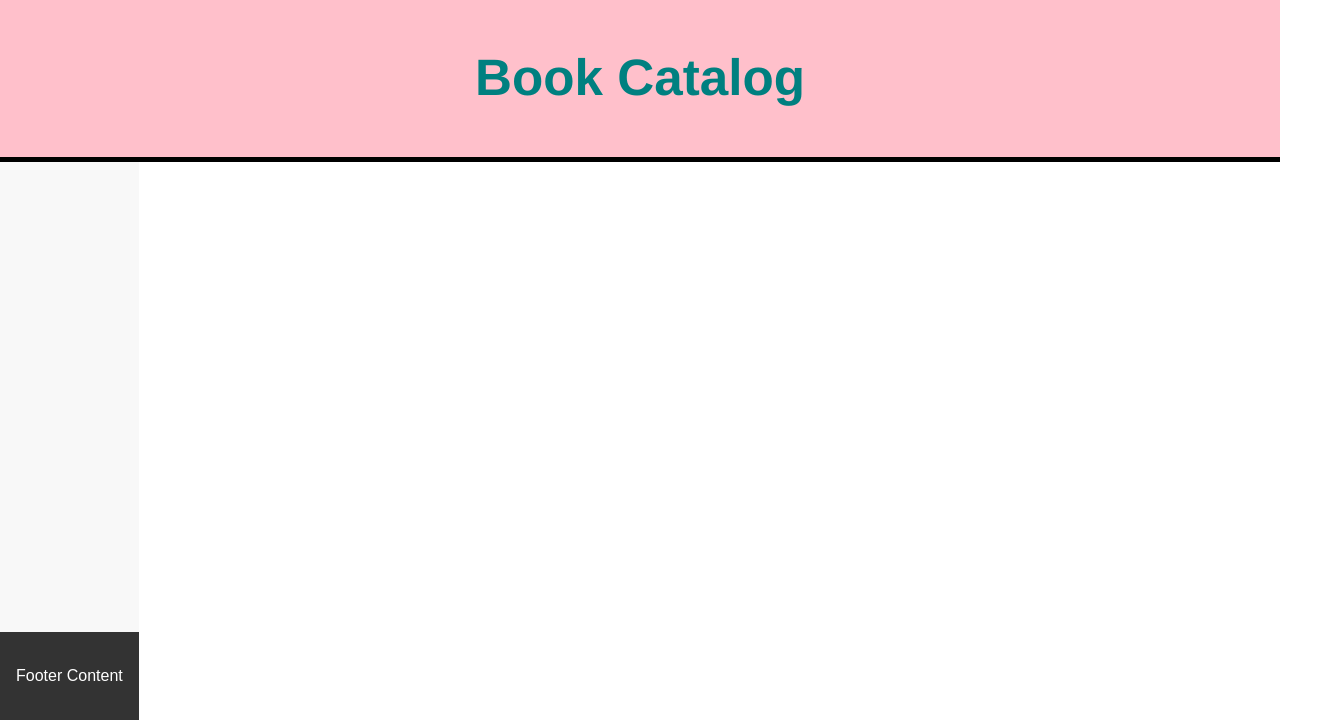
Repository: primcharlin/COMP3170_Lab_Assignment_Components
Page: /
These files come from the project's save history. The page is drawn as it stood at one moment and after the next save; the edit follows.
The browser window is 1280 px wide. The page is 1280 px wide, then 1344 px, so the pictures cover 1344 px, including what lies to the right of the window. The pictures show the whole page.
The page's requests for data from a server got no answer. The project was rebuilt for these pictures with package versions that can differ from the ones it lists, and the page was loaded fresh each time. No one was signed in, and anything a server would have sent is missing. Also part of the build but not shown: vite.config.js.

Above is the page before, as saved 2025-09-12 02:45:07.

### index.html
<!DOCTYPE html>
<html lang="en">
    <head>
        <meta charset="UTF-8" />
        <link
            rel="icon"
            type="image/svg+xml"
            href="/vite.svg" />
        <meta
            name="viewport"
            content="width=device-width, initial-scale=1.0" />
        <title>Book Catalog</title>
    </head>
    <body>
        <div id="root"></div>
        <script
            type="module"
            src="/src/main.jsx"></script>
    </body>
</html>

### src/App.jsx
// import { useState } from "react";
// import "./App.css";

// function App() {
//     const [count, setCount] = useState(0);
//     return (
//         <>
//             <div class='app-header'>
//                 <h1>Book Catalog</h1>
//             </div>

// <div class="content">
//       <div class="btn-plus">::after</div>
//       <div class="book">
//         <div class="image">
//           <img src="https://itbook.store/img/books/9781912047420.png" alt="Book Cover" />
//         </div>
//       </div>
// </div>

// <div class="footer">
//     <p>Footer Content</p>
// </div>

//         </>
//     );
// }

// export default App;

import { useEffect, useState } from "react";
import "./App.css";

export default function App() {
    const [books, setBooks] = useState([]);

    useEffect(() => {
        async function fetchBooks() {
            try {
                const res = await fetch(
                    "https://api.itbook.store/1.0/search/react"
                );
                const json = await res.json();
                setBooks(json.books.slice(0, 2)); // เอาแค่ 2 เล่ม
            } catch (e) {
                console.error(e);
            }
        }
        fetchBooks();
    }, []);

    return (
        <div className='app'>
            <header className='app-header'>
                <h1>Book Catalog</h1>
            </header>

            <div className='content'>
                {books.length === 0 ? (
                    <p>Loading…</p>
                ) : (
                    <div className='grid'>
                        {books.map((b, index) => (
                            <div
                                key={b.isbn13}
                                className={`book ${
                                    index === 0 ? "featured" : "normal"
                                }`}>
                                <div className='image'>
                                    <img
                                        src={b.image}
                                        alt={b.title}
                                    />
                                </div>
                                <div className='meta'>
                                    <h3 className='title'>{b.title}</h3>
                                    {b.subtitle && (
                                        <p className='subtitle'>{b.subtitle}</p>
                                    )}
                                    <p className='price'>{b.price}</p>
                                </div>
                            </div>
                        ))}
                    </div>
                )}
            </div>

            <footer className='footer'>
                <p>Footer Content</p>
            </footer>
        </div>
    );
}

### src/App.css
/* * {
    box-sizing: border-box;
}

div {
    display: block;
    unicode-bidi: isolate;
}

.app-header {
    position: fixed;
    top: 0;
    left: 0;
    width: 100vw;
    z-index: 1000;
    padding: 1em;
    color: teal;
    background: pink;
    border-bottom: 5px solid black;
    box-sizing: border-box;
    text-align: center;
    font-family: Helvetica, sans-serif;
}

h1 {
    display: block;
    font-size: 2em;
    margin-block-start: 0.67em;
    margin-block-end: 0.67em;
    margin-inline-start: 0px;
    margin-inline-end: 0px;
    font-weight: bold;
    unicode-bidi: isolate;
}

.book .image img {
    width: 100%;
}

img {
    overflow-clip-margin: content-box;
    overflow: clip;
} */

/* Layout basics */
/* App.css */

.app {
    font-family: Arial, sans-serif;
    background: #f8f8f8;
    min-height: 100vh;
    display: flex;
    flex-direction: column;
}

.app-header {
    position: fixed;
    top: 0;
    left: 0;
    width: 100vw;
    z-index: 1000;
    padding: 1em;
    color: teal;
    background: pink;
    border-bottom: 5px solid black;
    box-sizing: border-box;
    text-align: center;
    font-family: Helvetica, sans-serif;
}

.content {
    flex: 1;
    padding: 2rem;
}

.grid {
    display: grid;
    grid-template-columns: 1fr 1fr; /* 2 คอลัมน์เต็มหน้าจอ */
    gap: 2rem;
    width: 100%;
}

.book {
    background: white;
    border-radius: 10px;
    overflow: hidden;
    box-shadow: 0 4px 10px rgba(0, 0, 0, 0.1);
    display: flex;
    flex-direction: column;
    transition: transform 0.2s ease;

    position: relative;
    width: 200px;
    height: 300px;
    padding: 0.4rem;
    border: 1px solid #3a4660;
}
.book:hover {
    transform: translateY(-4px);
}

/* Featured book = layout สองคอลัมน์ (รูปใหญ่ + รายละเอียด) */
.book.featured {
    display: grid;
    grid-template-columns: 1fr 2fr;
    align-items: center;
    padding: 1rem;
}

.book.featured .image img {
    width: 100%;
    height: auto;
    border-radius: 6px;
}

.book.normal .image img {
    width: 100%;
    height: auto;
    object-fit: cover;
}

.meta {
    padding: 1rem;
}

.title {
    margin: 0 0 0.5rem;
    font-size: 1.4rem;
    font-weight: bold;
    color: #222;
}

.subtitle {
    font-size: 1rem;
    color: #555;
    margin-bottom: 0.5rem;
}

.price {
    font-weight: bold;
    color: #008000;
}

.footer {
    background: #333;
    color: white;
    text-align: center;
    padding: 1rem;
}

Loaded but not shown: src/main.jsx (common file); src/index.css (common file)

After the next save:
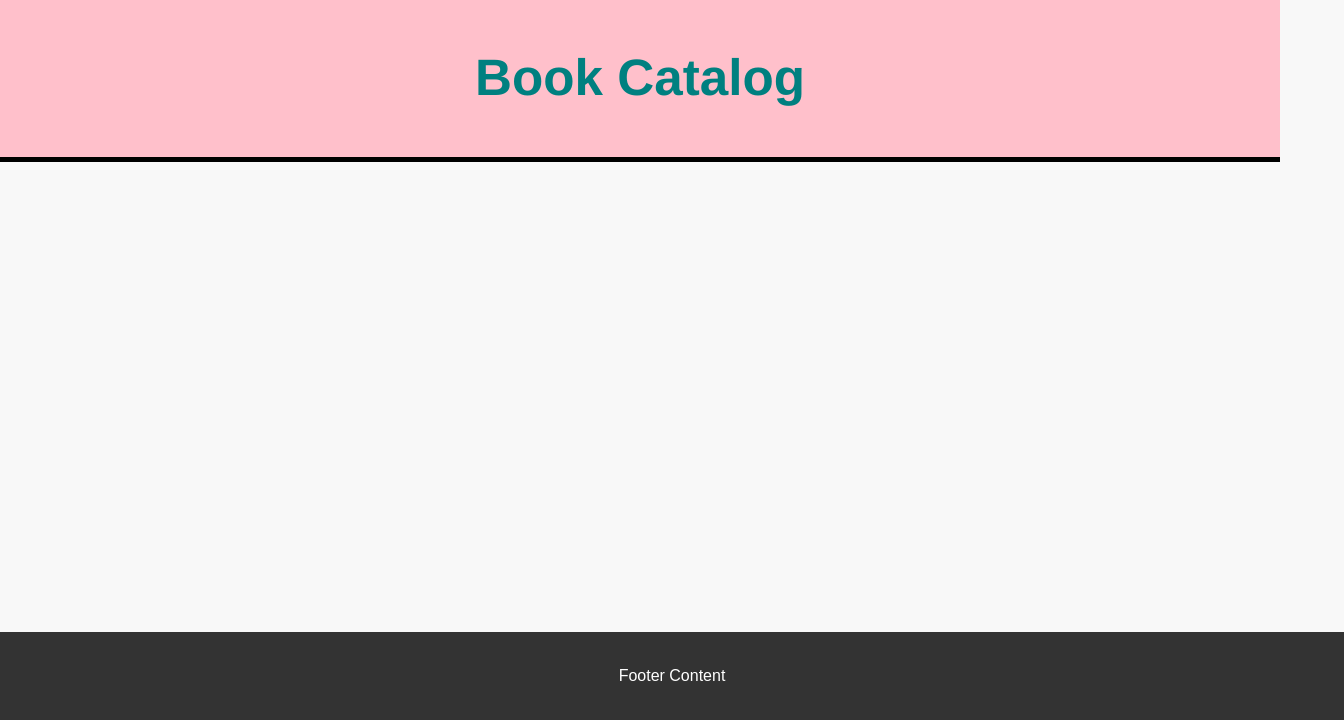
Saved 43 s later.
--- a/src/App.css
+++ b/src/App.css
@@ -71,6 +71,7 @@ img {
 .content {
     flex: 1;
     padding: 2rem;
+    width: 100vw;
 }
 
 .grid {
